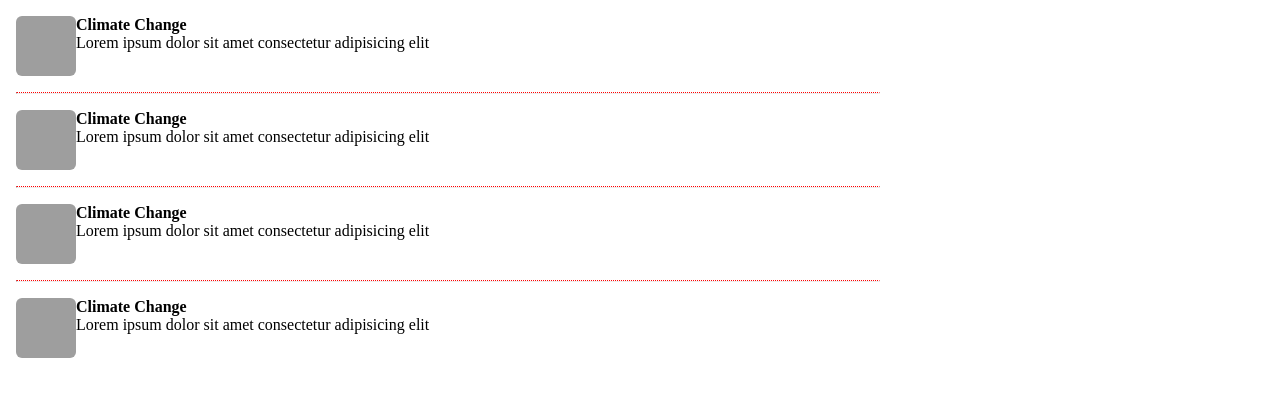
Repository: longNT0dev/C4E132
Page: SS3/index.html
An editor plug-in stored every save of this project. The page is shown before and after the next save, followed by the edit.
The browser window is 1280 px wide. The pictures show the whole page.
Pictures or frames that could not be fetched are drawn as grey boxes.

Above is the page before, as saved 2022-09-28 22:05:57.

### SS3/index.html
<!DOCTYPE html>
<html lang="en">
  <head>
    <meta charset="UTF-8" />
    <meta http-equiv="X-UA-Compatible" content="IE=edge" />
    <meta name="viewport" content="width=device-width, initial-scale=1.0" />
    <title>Document</title>
    <link rel="stylesheet" href="style.css" />
  </head>
  <body>
    <!-- <p>Đây là style theo tên thẻ 1</p>
    <p class="big-font-size">Đây là style theo tên thẻ 2</p>
    <h1 class="class-1 class-2">Đây là style theo tên thẻ</h1>
    <h1 id="id-1" class="big-font-size">Đây là style theo tên thẻ</h1> -->

    <div class="container">

      <div class="item">
        <img
          src="https://cdn.pixabay.com/photo/2015/04/23/22/00/tree-736885__480.jpg"
          alt="avatar"
        />
        <div class="content">
          <h1>Climate Change</h1>
          <p>Lorem ipsum dolor sit amet consectetur adipisicing elit</p>
        </div>
      </div>

      <hr>

      <div class="item">
        <img
          src="https://cdn.pixabay.com/photo/2015/04/23/22/00/tree-736885__480.jpg"
          alt="avatar"
        />
        <div class="content">
          <h1>Climate Change</h1>
          <p>Lorem ipsum dolor sit amet consectetur adipisicing elit</p>
        </div>
      </div>

      <hr>

      <div class="item">
        <img
          src="https://cdn.pixabay.com/photo/2015/04/23/22/00/tree-736885__480.jpg"
          alt="avatar"
        />
        <div class="content">
          <h1>Climate Change</h1>
          <p>Lorem ipsum dolor sit amet consectetur adipisicing elit</p>
        </div>
      </div>

      <hr>

      <div class="item">
        <img
          src="https://cdn.pixabay.com/photo/2015/04/23/22/00/tree-736885__480.jpg"
          alt="avatar"
        />
        <div class="content">
          <h1>Climate Change</h1>
          <p>Lorem ipsum dolor sit amet consectetur adipisicing elit</p>
        </div>
      </div>
    </div>
  </body>
</html>

### SS3/style.css
/* selector  */

/* Chọn theo tên thẻ */
/* p {
    color: red;
    background-color: black;
} */

/* Chọn theo class */
/* .class-1 {
    color: green;
    background-color: black;
}

.big-font-size {
    font-size: 50px;
}

#id-1 {
    color: blue;
    background-color: black;
} */

*{
    margin: 0;
    padding: 0;
    box-sizing: border-box;
    font-size: 16px;
}

.container {
    width: 70%;
    height: auto;
    padding: 0px 16px;
}

.container hr {
    border-top: 1px dotted red;
}

.item {
    width: 100%;
    height: 23%;
    margin: 16px 0px;
    display: flex;
    j
}

.item img {
    width: 60px;
    height: 60px;
    border-radius: 6px;
    vertical-align: baseline;
}

.content {
    display: inline-block;
    width: auto;
    height: 100%;
}

After the next save:
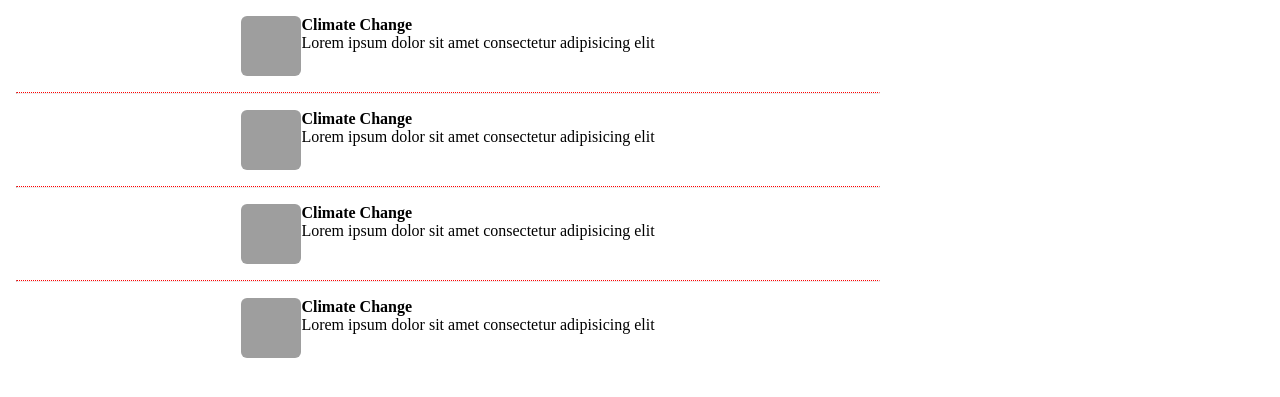
Saved 6 s later.
--- a/SS3/style.css
+++ b/SS3/style.css
@@ -43,7 +43,7 @@
     height: 23%;
     margin: 16px 0px;
     display: flex;
-    j
+    justify-content: center
 }
 
 .item img {
